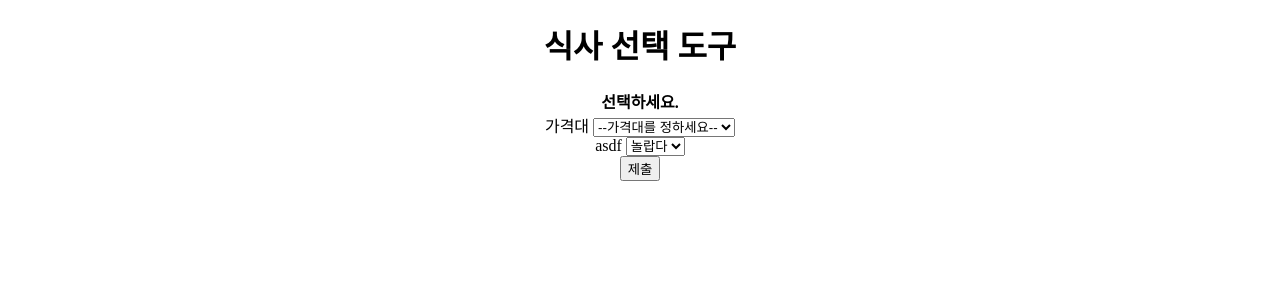
Repository: kimgh06/JavaWeb
Page: http://localhost/what/
An editor plug-in stored every save of this project. The page is shown before and after the next save, followed by the edit.
The browser window is 1280 px wide. The pictures show the whole page.
The page is served by Tomcat 9. Other server files are loaded and not shown.

Above is the page before, as saved 2022-11-04 00:12:41.

### what/src/main/webapp/index.jsp
<%@ page language="java" contentType="text/html; charset=EUC-KR"
	pageEncoding="EUC-KR"%>
<!DOCTYPE html>
<html>
<head>
<meta charset="EUC-KR">
<title>식사 선택 도구</title>
<link href="./main.css" rel="stylesheet" type="text/css">
</head>
<body>
	<div id="main">
		<h1>식사 선택 도구</h1>
		<b>선택하세요.</b>
		<div id="form">
			<div>
				<label>가격대</label>
				<select>
					<option value="-1">--가격대를 정하세요--</option>
					<option value="1">8000이하</option>
					<option value="2">13000이하</option>
					<option value="3">18000이하</option>
					<option value="4">23000이하</option>
					<option value="5">23000이상</option>
				</select>
			</div>
			<div>
				<label>asdf</label>
				<select>
					<option>놀랍다</option>
				</select>
			</div>
			<button>제출</button>
		</div>
	</div>
</body>
</html>

### what/src/main/webapp/main.css
@CHARSET "UTF-8";

#main{
	text-align: center;
	display: block;
}

#form{
	display: block;
}

After the next save:
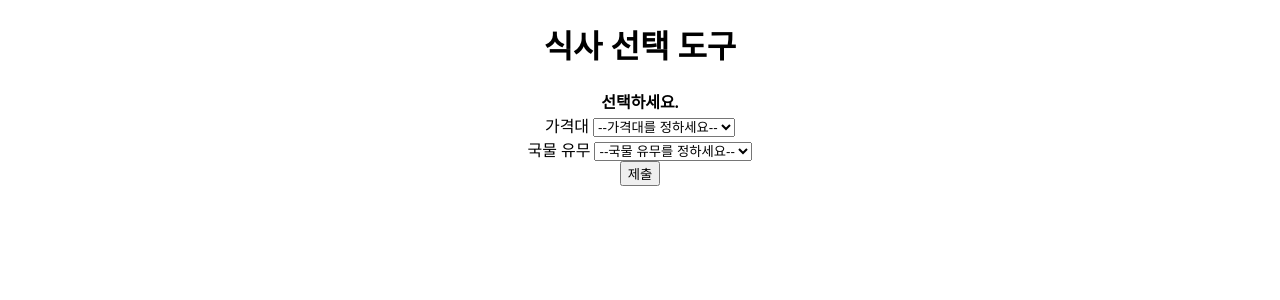
Saved 2 min 27 s later.
--- a/what/src/main/webapp/index.jsp
+++ b/what/src/main/webapp/index.jsp
@@ -24,9 +24,11 @@
 				</select>
 			</div>
 			<div>
-				<label>asdf</label>
+				<label>국물 유무</label>
 				<select>
-					<option>놀랍다</option>
+					<option>--국물 유무를 정하세요--</option>
+					<option value="0">없음</option>
+					<option value="1">있음</option>
 				</select>
 			</div>
 			<button>제출</button>
